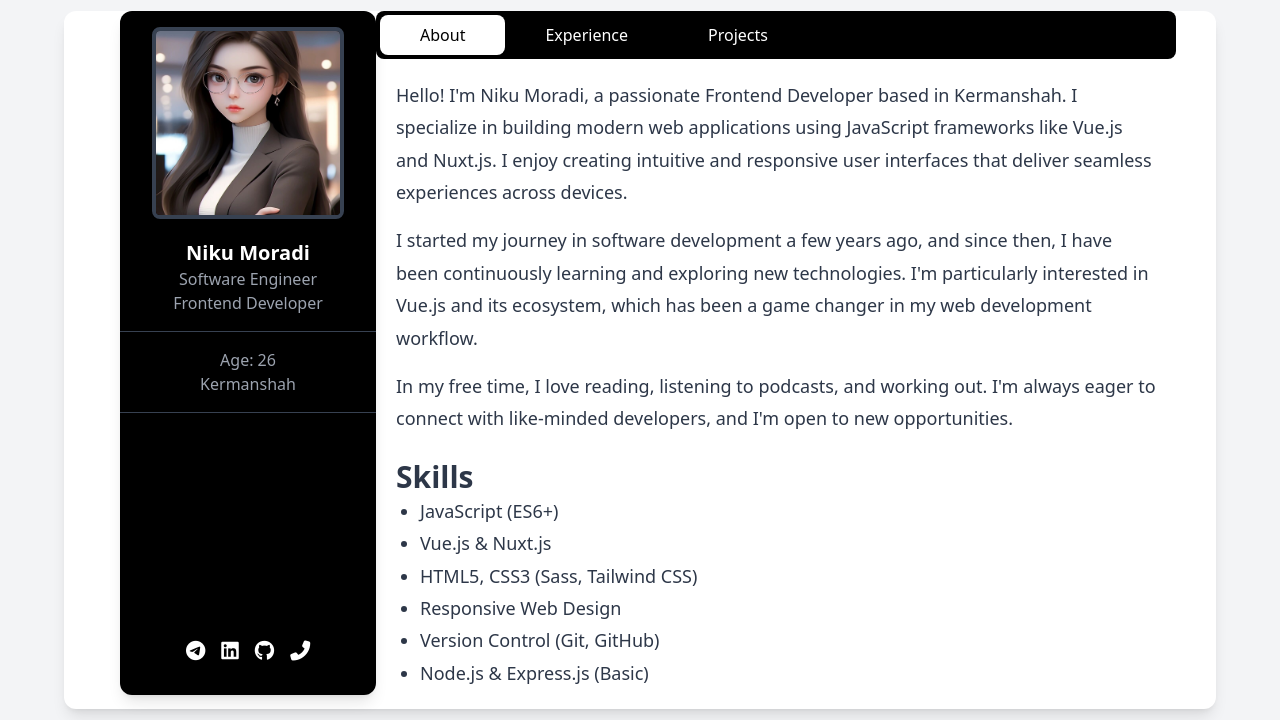
Repository: NikuMoradi/niku-moradi
Page: /About
An editor plug-in stored every save of this project. The page is shown before and after the next save, followed by the edit.
The browser window is 1280 px wide. The pictures show the whole page.
The project was rebuilt for these pictures with package versions that can differ from the ones it lists, and the page was loaded fresh each time. The framework's server and built-in components were replaced by stand-ins that run in the browser. Also part of the build but not shown: nuxt.config.ts, components/Blog Posts/Component-Design.vue, components/Blog.vue, components/Contact.vue, components/Education.vue, components/Experience.vue, components/Hero.vue, components/MyPage.vue and 3 more.

Above is the page before, as saved 2024-11-28 14:58:17.

### components/LeftPanel.vue
<template>
  <div
    class="bg-black text-white h-[95vh] w-64 ml-4 rounded-xl shadow-lg flex flex-col"
  >
    <!-- Profile Picture -->
    <div
      class="p-4 flex flex-col items-center justify-center border-b border-gray-700"
    >
      <img
        src="../assets/img/photo_2024-11-28_10-37-05.jpg"
        alt="Profile Picture"
        class="w-48 h-48 mb-5 rounded-lg border-4 border-gray-700 object-cover object-center"
      />
      <h2 class="text-xl font-bold">Niku Moradi</h2>
      <p class="text-md text-gray-400">Software Engineer</p>
      <p class="text-md text-gray-400">Frontend Developer</p>
    </div>

    <!-- Biography -->
    <div class="p-4 text-center border-b border-gray-700">
      <p class="text-md text-gray-400">Age: 26</p>
      <p class="text-md text-gray-400">Kermanshah</p>
    </div>

    <!-- Social Links -->
    <div class="py-8 text-center mt-auto text-white">
      <div class="space-x-4">
        <a
          href="https://t.me/yourusername"
          target="_blank"
          class="text-white hover:text-blue-400"
        >
          <i class="fab fa-telegram fa-lg"></i>
        </a>
        <a
          href="https://linkedin.com/in/yourusername"
          target="_blank"
          class="text-white hover:text-blue-600"
        >
          <i class="fab fa-linkedin fa-lg"></i>
        </a>
        <a
          href="https://github.com/yourusername"
          target="_blank"
          class="text-white hover:text-gray-700"
        >
          <i class="fab fa-github fa-lg"></i>
        </a>
        <a href="tel:+1234567890" class="text-white hover:text-green-400">
          <i class="fas fa-phone-alt fa-lg"></i>
        </a>
      </div>
    </div>
  </div>
</template>

### components/Menu.vue
<template>
  <div class="flex items-center bg-black text-white px-1 py-1 rounded-lg">
    <!-- About -->
    <NuxtLink
      to="/about"
      class="font-medium rounded-lg px-10 py-2 hover:text-gray-300 transition duration-200"
      exact-active-class="bg-white text-black hover:text-black "
    >
      About
    </NuxtLink>

    <!-- Experience -->
    <NuxtLink
      to="/experience"
      class="font-medium rounded-lg px-10 py-2 hover:text-gray-300 transition duration-200"
      exact-active-class="bg-white text-black"
    >
      Experience
    </NuxtLink>

    <!-- Projects -->
    <NuxtLink
      to="/projects"
      class="font-medium rounded-lg px-10 py-2 hover:text-gray-300 transition duration-200"
      exact-active-class="bg-white text-black"
    >
      Projects
    </NuxtLink>

    <!-- Blog -->
    <!-- <NuxtLink
      to="/blog"
      class="font-medium rounded-lg px-10 py-2 hover:text-gray-300 transition duration-200"
      exact-active-class="bg-white text-black"
    >
      Blog
    </NuxtLink> -->
  </div>
</template>

### layouts/default.vue
<template>
  <div class="flex justify-center items-center min-h-screen bg-gray-100">
    <!-- container -->
    <div class="flex bg-white rounded-xl shadow-lg px-10">
      <!-- Left panel -->
      <LeftPanel />

      <!-- menu and main content -->
      <div class="flex flex-col">
        <Menu />
        <NuxtPage />
      </div>
    </div>
  </div>
</template>

<script setup>
import LeftPanel from "~/components/LeftPanel.vue";
import Menu from "~/components/Menu.vue";
</script>

<style scoped>
/* Additional layout-specific styles */
</style>

### app.vue
<!-- The app.vue is just holding the layout container and serving as the root.
 The default.vue layout handles the overall structure of the page.
All content from your pages will automatically be placed inside the NuxtPage slot of the layout.-->
<template>
  <NuxtLayout />
</template>

### pages/about.vue
<template>
  <div class="about-page">
    <div class="about-content text-lg text-gray-700 space-y-4">
      <p>
        Hello! I'm Niku Moradi, a passionate Frontend Developer based in
        Kermanshah. I specialize in building modern web applications using
        JavaScript frameworks like Vue.js and Nuxt.js. I enjoy creating
        intuitive and responsive user interfaces that deliver seamless
        experiences across devices.
      </p>

      <p>
        I started my journey in software development a few years ago, and since
        then, I have been continuously learning and exploring new technologies.
        I'm particularly interested in Vue.js and its ecosystem, which has been
        a game changer in my web development workflow.
      </p>

      <p>
        In my free time, I love reading, listening to podcasts, and working out.
        I'm always eager to connect with like-minded developers, and I'm open to
        new opportunities.
      </p>

      <div class="skills">
        <h2 class="text-3xl font-semibold mt-6">Skills</h2>
        <ul class="list-disc pl-6">
          <li>JavaScript (ES6+)</li>
          <li>Vue.js & Nuxt.js</li>
          <li>HTML5, CSS3 (Sass, Tailwind CSS)</li>
          <li>Responsive Web Design</li>
          <li>Version Control (Git, GitHub)</li>
          <li>Node.js & Express.js (Basic)</li>
        </ul>
      </div>
    </div>
  </div>
</template>

<script setup>
// You can import components here if needed
</script>

<style scoped>
.about-page {
  max-width: 800px;
  margin: 0 auto;
  padding: 20px;
}

.about-content {
  line-height: 1.8;
  color: #2d3748;
}

.skills {
  margin-top: 20px;
}

.contact-info a {
  text-decoration: underline;
}
</style>

Loaded but not shown: assets/css/main.css (common file); tailwind.config.js (common file); plugins/aos.client.js (no copy from this time; the picture is the same without it)

After the next save:
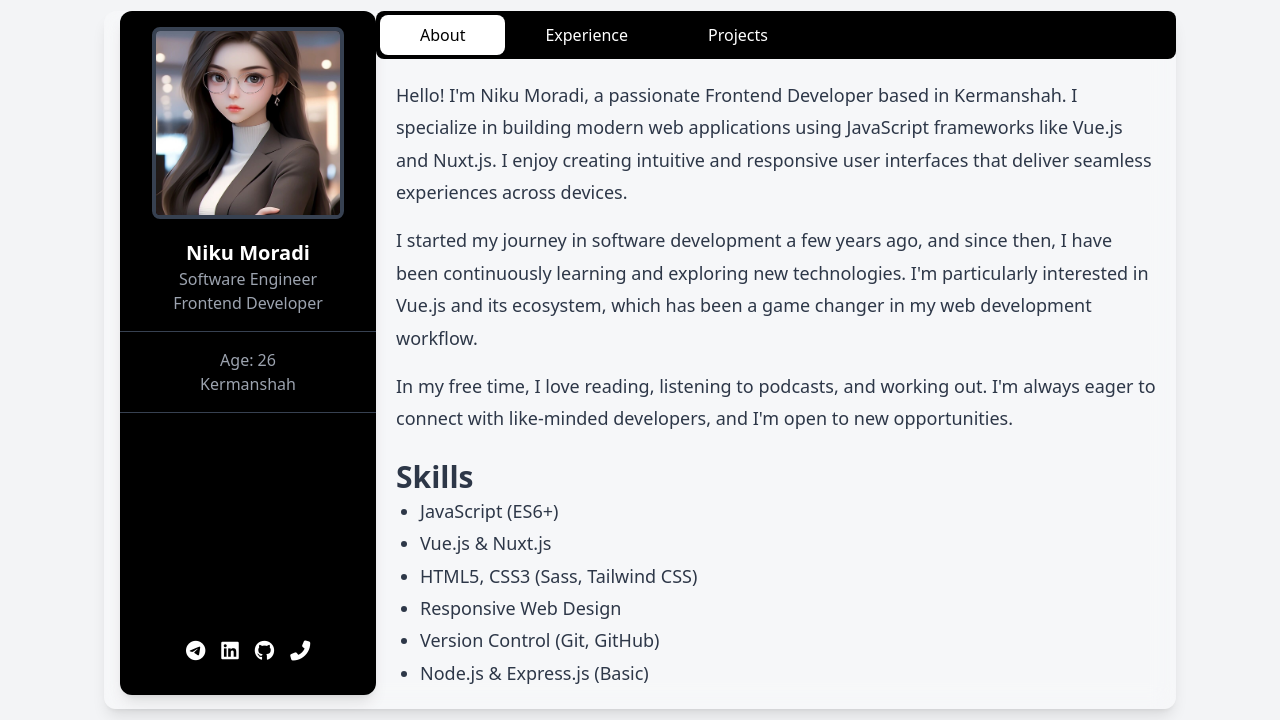
Saved 3 min 35 s later.
--- a/layouts/default.vue
+++ b/layouts/default.vue
@@ -1,7 +1,9 @@
 <template>
   <div class="flex justify-center items-center min-h-screen bg-gray-100">
     <!-- container -->
-    <div class="flex bg-white rounded-xl shadow-lg px-10">
+    <div
+      class="flex bg-white bg-opacity-30 rounded-xl shadow-lg backdrop-blur-md"
+    >
       <!-- Left panel -->
       <LeftPanel />
 

After the save that followed:
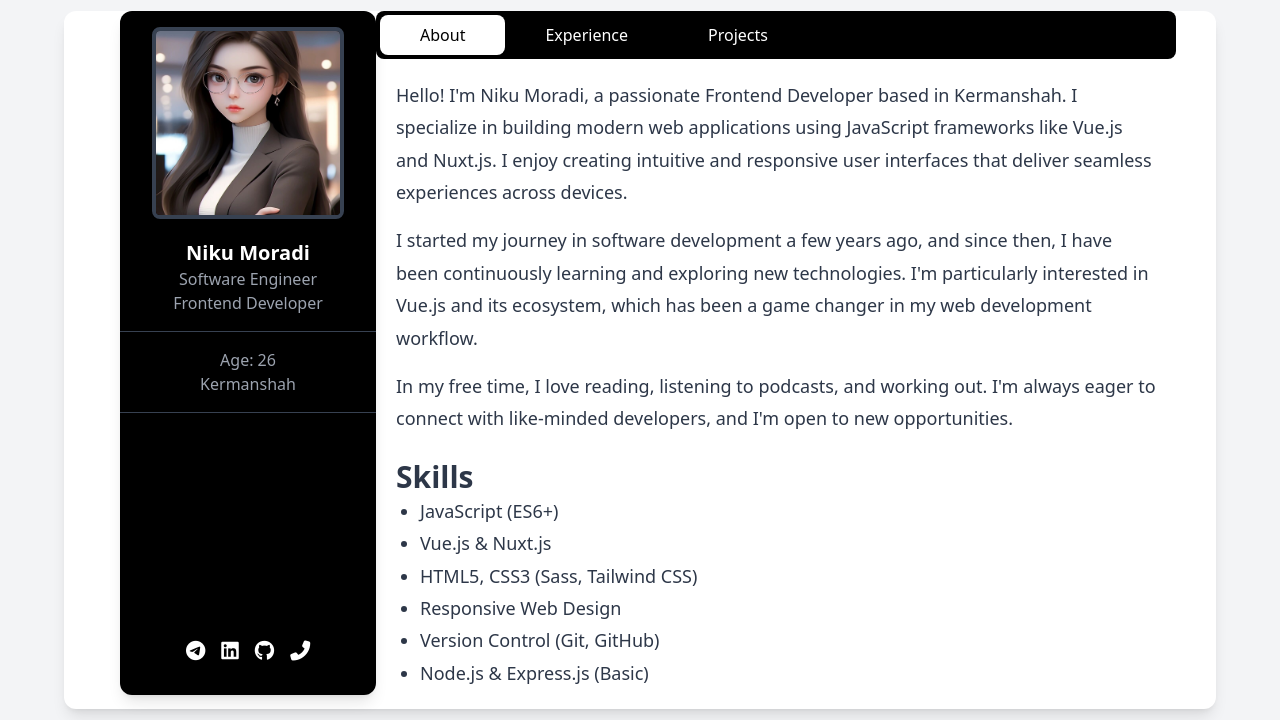
Saved 32 s later.
--- a/layouts/default.vue
+++ b/layouts/default.vue
@@ -1,9 +1,7 @@
 <template>
   <div class="flex justify-center items-center min-h-screen bg-gray-100">
     <!-- container -->
-    <div
-      class="flex bg-white bg-opacity-30 rounded-xl shadow-lg backdrop-blur-md"
-    >
+    <div class="flex bg-white rounded-xl shadow-lg px-10">
       <!-- Left panel -->
       <LeftPanel />
 
